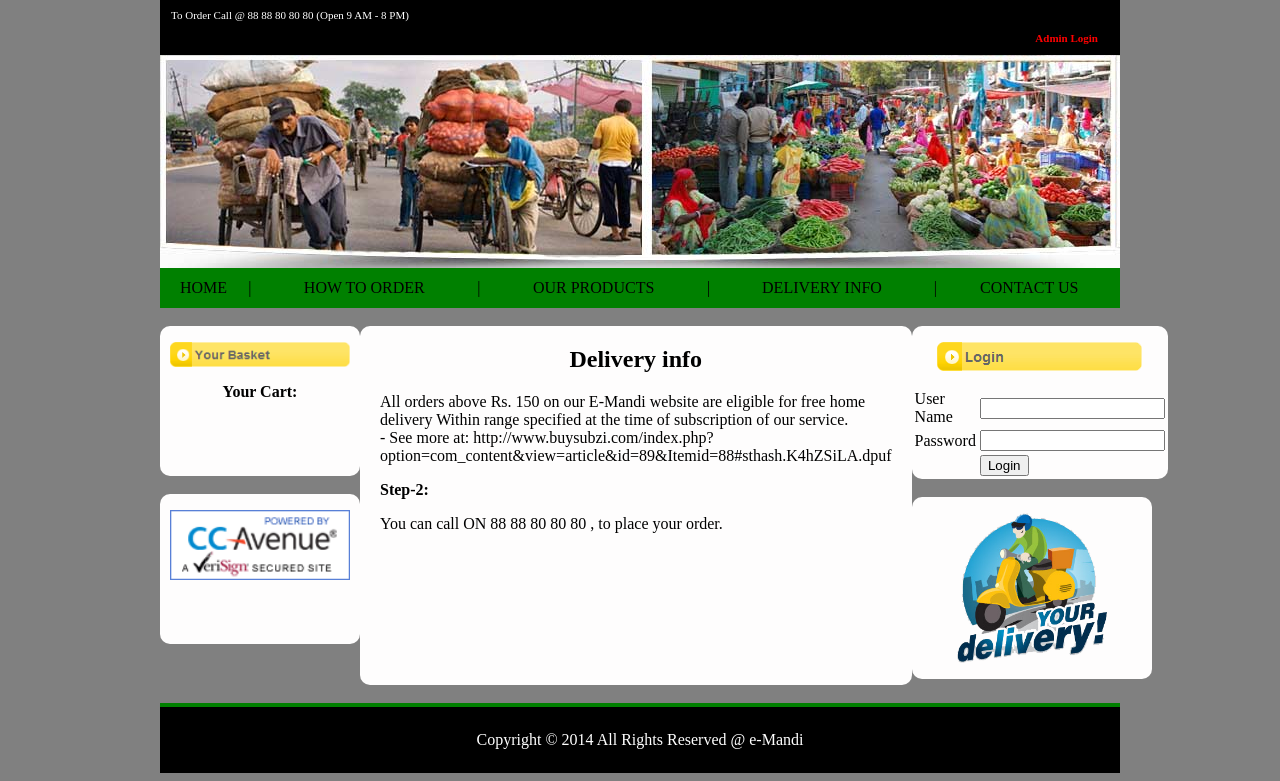
Repository: aashi12/e_mandi
Page: http://localhost/e_mandi/deliveryInfo.jsp
These files come from the project's save history. The page is drawn as it stood at one moment and after the next save; the edit follows.
The browser window is 1280 px wide. The pictures show the whole page.
The page is served by Tomcat 9. Other server files are loaded and not shown.

Above is the page before, as saved 2014-04-18 12:18:23.

### e_mandi/WebContent/deliveryInfo.jsp
<%@ page language="java" contentType="text/html; charset=ISO-8859-1"
    pageEncoding="ISO-8859-1"%>
<!DOCTYPE html PUBLIC "-//W3C//DTD HTML 4.01 Transitional//EN" "http://www.w3.org/TR/html4/loose.dtd">
<html>
<head>
<meta http-equiv="Content-Type" content="text/html; charset=ISO-8859-1">
<title>Online e-Mandi</title>
<link rel="stylesheet" href="style.css" />
</head>
<body bgcolor="gray">
<div id="container">
<div id="main">
<table border="0" width="960" height="270" cellspacing="0" cellpadding="0">
<tr>
<td height="25" bgcolor="black" class="order"><p> &nbsp;&nbsp;&nbsp;&nbsp;To Order Call @ 88 88 80 80 80 (Open 9 AM - 8 PM)</p>
<p align="right" class="admin"><b><a href="admin.jsp">Admin Login</a> &nbsp; &nbsp; &nbsp; &nbsp;</b></p>
</td>
</tr>
<tr>
<td class="bann">
<!--  banner -->
</td>
</tr>
</table>
<table border="0" width="960" height="40" cellspacing="0" cellpadding="0">
<tr bgcolor="green">
<td align="center" class="tab"><a href="index.jsp">HOME</a></td>
<td align="center" class="tab">|</td>
<td align="center" class="tab"><a href="howToOrder.jsp">HOW TO ORDER</a></td>
<td align="center" class="tab">|</td>
<td align="center" class="tab"><a href="ourProducts.jsp">OUR PRODUCTS</a></td>
<td align="center" class="tab">|</td>
<td align="center" class="tab"><a href="deliveryInfo.jsp">DELIVERY INFO</a></td>
<td align="center" class="tab">|</td>
<td align="center" class="tab"><a href="contactUs.jsp">CONTACT US</a></td>
</tr>
</table>
<br/>
<table border="0" width="960" height="auto" cellspacing="0" cellpadding="0">
<tr>
<td width="200" valign="top">
<table class="basket" width="200" height="150" cellspacing="0" cellpadding="0" bgcolor="#fefdfd">
<tr>
<td align="center" valign="top">
<p><img src="images/basket.png" width="180"/></p>
<p class="bask"><b>Your Cart:</b></p>
</td>
</tr>
</table>
&nbsp;
<table class="basket" width="200" height="150" cellspacing="0" cellpadding="0" bgcolor="#fefdfd">
<tr>
<td align="center" valign="top">
<p><img src="images/ccav.gif" width="180"/></p>
</td>
</tr>
</table>
</td>
<td width="560" align="center" valign="top">
<table class="basket" border="0" width="500" height="150" cellspacing="0" cellpadding="0" bgcolor="#fefdfd">
<tr>
<td  valign="top">
<h2 align="center">Delivery info </h2>
<div id="con1">
<p>All orders above Rs. 150 on our E-Mandi website are eligible for free home delivery
Within range specified at the time of subscription of our service.
<br/>
- See more at: http://www.buysubzi.com/index.php?option=com_content&view=article&id=89&Itemid=88#sthash.K4hZSiLA.dpuf</p>
<p><b>Step-2:</b></p>
<p>You can call ON    88 88 80 80 80 , to place your order.</p>

<p>&nbsp;</p>
<p>&nbsp;</p>
<p>&nbsp;</p>
<p>&nbsp;</p>
</div>
</td>
</tr>
</table>

</td>
<td width="300" valign="top">
<table border="0" class="basket" width="200" height="150" cellspacing="0" cellpadding="0" bgcolor="#fefdfd">
<tr>
<td align="center">
<p><img src="images/login.png" /></p>
<table width="240">
<tr>
<td>User Name</td>
<td><input type="text" name="uname"></td>
</tr>
<tr>
<td>Password</td>
<td><input type="password" name="pass"></td>
</tr>
<tr>
<td></td>
<td><input type="submit" value="Login"></td>
</tr>
</table>
</td>
</tr>
</table>
&nbsp;
<table border="0" class="basket" width="240" height="150" cellspacing="0" cellpadding="0" bgcolor="#fefdfd">
<tr>
<td align="center">
<p><img src="images/free.png" width="150" height="150" /></p>
</td>
</tr>
</table>
</td>
</tr>
</table>
&nbsp;
<table border="0" width="960" height="70" cellspacing="0" cellpadding="0">
<tr>
<td height="4" bgcolor="green"></td>
</tr>
<tr>
<td height="65" bgcolor="black" align="center" class="foot">
<p>Copyright &copy; 2014 All Rights Reserved @ e-Mandi</p>
</td>
</tr>
</table>
</div>
</div>
</body>
</html>

### e_mandi/WebContent/style.css
#container{margin-top:-10px;}
#main{margin: 0px auto;width:960px;}
.tab{color:#000;text-decoration:none;}
.tab a{color:#000;text-decoration:none;}
.tab a:hover{color:#fff;text-decoration:none;}
.tab12{color:#fff;text-decoration:none;}
.tab12 a{color:#fff;text-decoration:none;}
.tab12 a:hover{color:red;text-decoration:none;}
.bann{background-image: url(images/header.jpg);}
.order{color:#fff; font-size:11px;}
.free{padding-left:400px;}
.logo{padding-bottom:50px;}
.basket{border-radius:10px;}
.foot{color:#fff;}
.cat{color:#000;text-decoration:none;}
.cat a{color:red;text-decoration:none;}
.cat a:hover{color:green;text-decoration:none;}
.admin{color:red;text-decoration:none; }
.admin a{color:red; text-decoration:none;}
.admin a:hover{color:#fff;text-decoration:none; }
#con1{padding-left:20px;padding-right:20px;}
img{border:none;}
a{text-decoration:none;}
.log a{text-decoration:none;}
.section a{color:green;text-decoration:none;}
.section a:hover{color:red;text-decoration:none;}
.quick{color:green;text-decoration:underline;}
#login
{
	text-align:center;

}

After the next save:
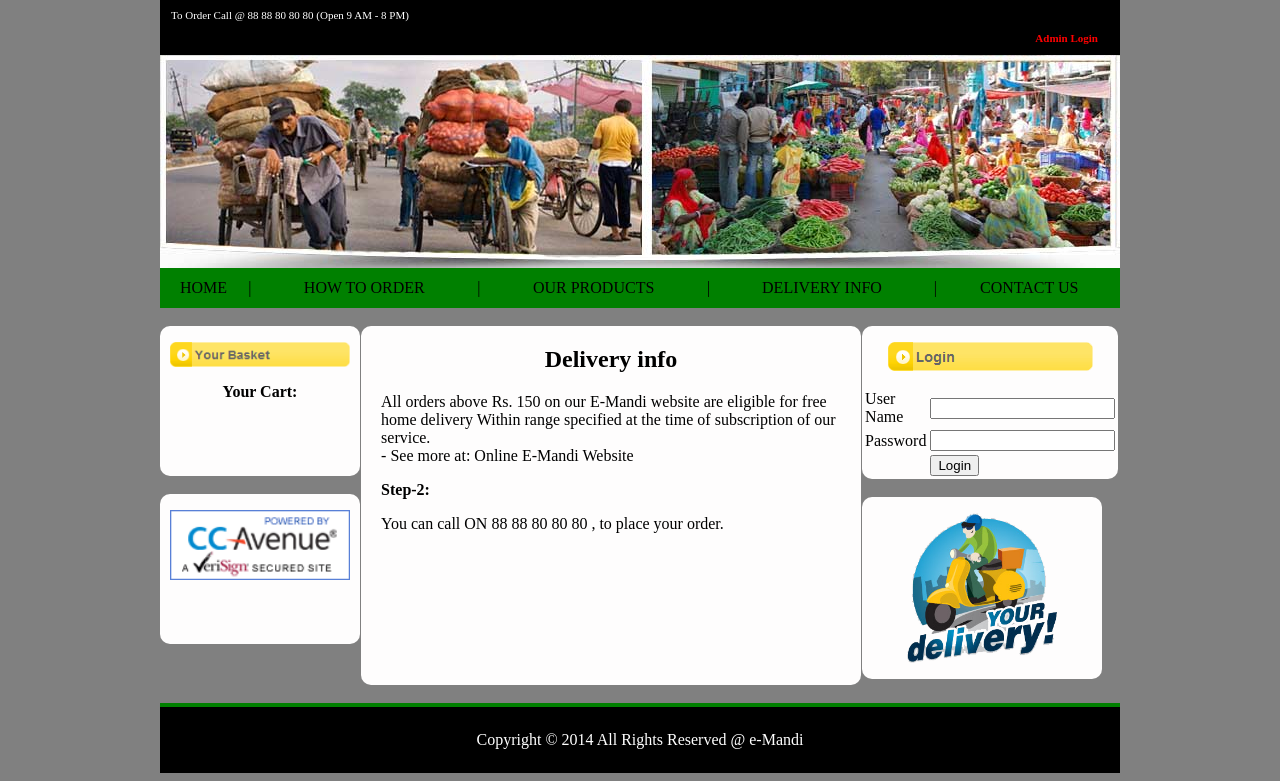
Saved 33 s later.
--- a/e_mandi/WebContent/deliveryInfo.jsp
+++ b/e_mandi/WebContent/deliveryInfo.jsp
@@ -65,7 +65,7 @@
 <p>All orders above Rs. 150 on our E-Mandi website are eligible for free home delivery
 Within range specified at the time of subscription of our service.
 <br/>
-- See more at: http://www.buysubzi.com/index.php?option=com_content&view=article&id=89&Itemid=88#sthash.K4hZSiLA.dpuf</p>
+- See more at: Online E-Mandi Website</p>
 <p><b>Step-2:</b></p>
 <p>You can call ON    88 88 80 80 80 , to place your order.</p>
 
